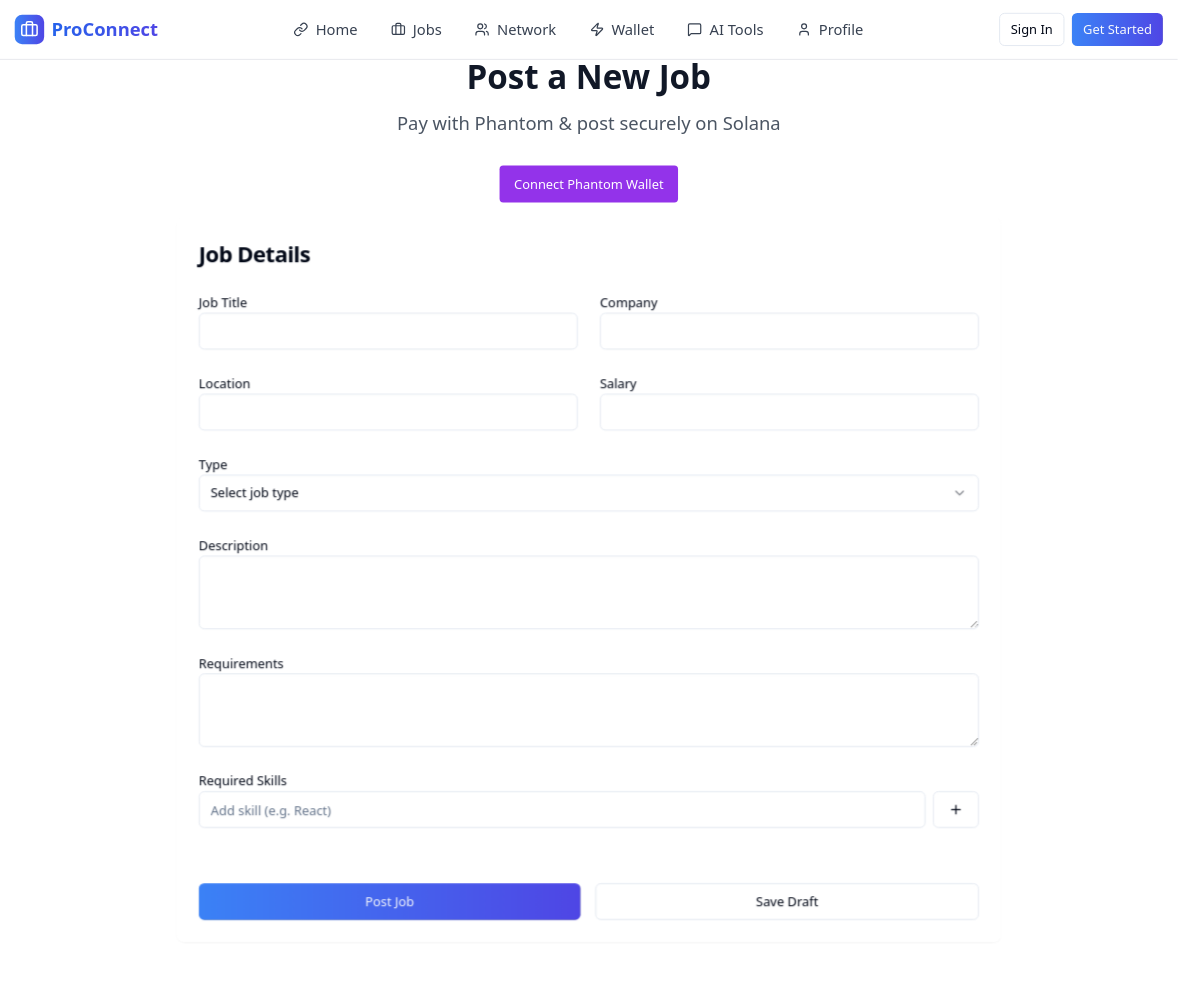
Repository: anjalikumari2207/connect-career-future
Page: /post-job (app in client/)
The author's editor kept a copy of each file at every save. The page is drawn from the files as they stood at one save, then again after the next save.
The browser window is 1280 px wide. The pictures show the whole page, at 92% of full size.
The project was rebuilt for these pictures with package versions that can differ from the ones it lists, and the page was loaded fresh each time. Also part of the build but not shown: client/vite.config.ts, client/src/components/ui/tooltip.tsx, client/src/pages/NotFound.tsx, client/src/pages/AuthPage.tsx, client/src/pages/ProfilePage.tsx, client/src/components/ui/badge.tsx, client/src/components/ui/avatar.tsx, client/src/api/job.ts and 5 more.

Above is the page before, as saved 2025-07-08 23:27:41.

### client/index.html

<!DOCTYPE html>
<html lang="en">
  <head>
    <meta charset="UTF-8" />
    <meta name="viewport" content="width=device-width, initial-scale=1.0" />
    <title>ProConnect - Professional Networking & Job Platform</title>
    <meta name="description" content="AI-powered professional networking and job platform with blockchain payments. Connect, discover opportunities, and grow your career." />
    <meta name="author" content="ProConnect" />

    <meta property="og:title" content="ProConnect - Professional Networking & Job Platform" />
    <meta property="og:description" content="AI-powered professional networking and job platform with blockchain payments. Connect, discover opportunities, and grow your career." />
    <meta property="og:type" content="website" />
    <meta property="og:image" content="https://lovable.dev/opengraph-image-p98pqg.png" />

    <meta name="twitter:card" content="summary_large_image" />
    <meta name="twitter:site" content="@proconnect_dev" />
    <meta name="twitter:image" content="https://lovable.dev/opengraph-image-p98pqg.png" />
  </head>

  <body>
    <div id="root"></div>
    <script type="module" src="/src/main.tsx"></script>
  </body>
</html>

### client/src/components/ui/toaster.tsx
import { useToast } from "@/hooks/use-toast"
import {
  Toast,
  ToastClose,
  ToastDescription,
  ToastProvider,
  ToastTitle,
  ToastViewport,
} from "@/components/ui/toast"

export function Toaster() {
  const { toasts } = useToast()

  return (
    <ToastProvider>
      {toasts.map(function ({ id, title, description, action, ...props }) {
        return (
          <Toast key={id} {...props}>
            <div className="grid gap-1">
              {title && <ToastTitle>{title}</ToastTitle>}
              {description && (
                <ToastDescription>{description}</ToastDescription>
              )}
            </div>
            {action}
            <ToastClose />
          </Toast>
        )
      })}
      <ToastViewport />
    </ToastProvider>
  )
}

### client/src/components/ui/sonner.tsx
import { useTheme } from "next-themes"
import { Toaster as Sonner, toast } from "sonner"

type ToasterProps = React.ComponentProps<typeof Sonner>

const Toaster = ({ ...props }: ToasterProps) => {
  const { theme = "system" } = useTheme()

  return (
    <Sonner
      theme={theme as ToasterProps["theme"]}
      className="toaster group"
      toastOptions={{
        classNames: {
          toast:
            "group toast group-[.toaster]:bg-background group-[.toaster]:text-foreground group-[.toaster]:border-border group-[.toaster]:shadow-lg",
          description: "group-[.toast]:text-muted-foreground",
          actionButton:
            "group-[.toast]:bg-primary group-[.toast]:text-primary-foreground",
          cancelButton:
            "group-[.toast]:bg-muted group-[.toast]:text-muted-foreground",
        },
      }}
      {...props}
    />
  )
}

export { Toaster, toast }

### client/src/pages/PostJob.tsx
import { useState } from "react";
import { Card, CardContent, CardHeader, CardTitle } from "@/components/ui/card";
import { Button } from "@/components/ui/button";
import { Input } from "@/components/ui/input";
import { Textarea } from "@/components/ui/textarea";
import { Label } from "@/components/ui/label";
import {
  Select,
  SelectContent,
  SelectItem,
  SelectTrigger,
  SelectValue,
} from "@/components/ui/select";
import { Badge } from "@/components/ui/badge";
import { X, Plus } from "lucide-react";
import { useToast } from "@/hooks/use-toast";
import { useSolanaWallet } from "@/hooks/useSolanaWallet";
import axios from "@/api/axios";
import {
  Connection,
  PublicKey,
  Transaction,
  SystemProgram,
  clusterApiUrl,
} from "@solana/web3.js";

const ADMIN_WALLET = "2FZezEYxMZ7SyVHeqv93KN4QbpWLhzEab7EZf5czqLVx"; // 🪙 Replace with your actual Solana wallet
const SOLANA_NETWORK = "devnet"; // 🌐 using Devnet

const PostJob = () => {
  const [jobData, setJobData] = useState({
    title: "",
    company: "",
    location: "",
    salary: "",
    type: "",
    description: "",
    requirements: "",
  });
  const [skills, setSkills] = useState<string[]>([]);
  const [newSkill, setNewSkill] = useState("");
  const [txSignature, setTxSignature] = useState("");
  const { toast } = useToast();
  const { walletAddress, isConnected, connectWallet } = useSolanaWallet();

  const handleInputChange = (field: string, value: string) => {
    setJobData(prev => ({ ...prev, [field]: value }));
  };

  const addSkill = () => {
    if (newSkill.trim() && !skills.includes(newSkill.trim())) {
      setSkills([...skills, newSkill.trim()]);
      setNewSkill("");
    }
  };

  const removeSkill = (skillToRemove: string) => {
    setSkills(skills.filter(skill => skill !== skillToRemove));
  };

  const handleSubmit = async (e: React.FormEvent) => {
    e.preventDefault();

    if (!isConnected || !walletAddress) {
      toast({
        title: "Wallet Not Connected",
        description: "Please connect your wallet before posting.",
        variant: "destructive",
      });
      return;
    }

    try {
      const connection = new Connection(clusterApiUrl(SOLANA_NETWORK), "confirmed");
      const recipient = new PublicKey(ADMIN_WALLET);
      const sender = new PublicKey(walletAddress);

      const transaction = new Transaction().add(
        SystemProgram.transfer({
          fromPubkey: sender,
          toPubkey: recipient,
          lamports: 0.01 * 1e9, // 🔁 0.01 SOL
        })
      );

      const { solana } = window as any;
      const { signature } = await solana.signAndSendTransaction(transaction);

      await connection.confirmTransaction(signature);
      setTxSignature(signature);

      toast({
        title: "✅ Payment Successful",
        description: (
          <a
            href={`https://explorer.solana.com/tx/${signature}?cluster=devnet`}
            target="_blank"
            rel="noopener noreferrer"
            className="underline text-blue-600"
          >
            View on Solana Explorer
          </a>
        ),
      });

      const payload = {
        ...jobData,
        skills,
        txHash: signature,
      };

      await axios.post("/jobs", payload);

      toast({
        title: "🎉 Job Posted!",
        description: "Your job is now live on the platform.",
      });

      setJobData({
        title: "",
        company: "",
        location: "",
        salary: "",
        type: "",
        description: "",
        requirements: "",
      });
      setSkills([]);
    } catch (err: any) {
      console.error("❌ Transaction/Post Error:", err);
      toast({
        title: "Error",
        description: err.message || "Payment or posting failed.",
        variant: "destructive",
      });
    }
  };

  return (
    <div className="py-16 px-4">
      <div className="max-w-4xl mx-auto">
        <div className="text-center mb-8">
          <h2 className="text-4xl font-bold text-gray-900 mb-4">Post a New Job</h2>
          <p className="text-xl text-gray-600">Pay with Phantom & post securely on Solana</p>
        </div>

        {!isConnected && (
          <div className="mb-4 text-center">
            <Button
              onClick={connectWallet}
              className="bg-purple-600 text-white px-4 py-2 rounded hover:bg-purple-700"
            >
              Connect Phantom Wallet
            </Button>
          </div>
        )}

        {isConnected && walletAddress && (
          <p className="text-center mb-4 text-sm text-gray-600">
            Connected: <span className="font-mono">{walletAddress.slice(0, 6)}...{walletAddress.slice(-4)}</span>
          </p>
        )}

        {txSignature && (
          <div className="mb-6 text-center text-sm">
            <p className="text-gray-700">Transaction Hash:</p>
            <a
              href={`https://explorer.solana.com/tx/${txSignature}?cluster=devnet`}
              target="_blank"
              rel="noopener noreferrer"
              className="text-blue-600 underline break-all"
            >
              {txSignature}
            </a>
          </div>
        )}

        <Card className="border-0 bg-white/80 backdrop-blur-sm">
          <CardHeader>
            <CardTitle className="text-2xl">Job Details</CardTitle>
          </CardHeader>
          <CardContent>
            <form onSubmit={handleSubmit} className="space-y-6">
              {/* Job Fields */}
              <div className="grid md:grid-cols-2 gap-6">
                <div>
                  <Label htmlFor="title">Job Title</Label>
                  <Input id="title" value={jobData.title} onChange={(e) => handleInputChange("title", e.target.value)} required />
                </div>
                <div>
                  <Label htmlFor="company">Company</Label>
                  <Input id="company" value={jobData.company} onChange={(e) => handleInputChange("company", e.target.value)} required />
                </div>
              </div>

              <div className="grid md:grid-cols-2 gap-6">
                <div>
                  <Label htmlFor="location">Location</Label>
                  <Input id="location" value={jobData.location} onChange={(e) => handleInputChange("location", e.target.value)} required />
                </div>
                <div>
                  <Label htmlFor="salary">Salary</Label>
                  <Input id="salary" value={jobData.salary} onChange={(e) => handleInputChange("salary", e.target.value)} required />
                </div>
              </div>

              <div>
                <Label htmlFor="type">Type</Label>
                <Select value={jobData.type} onValueChange={(value) => handleInputChange("type", value)}>
                  <SelectTrigger>
                    <SelectValue placeholder="Select job type" />
                  </SelectTrigger>
                  <SelectContent>
                    <SelectItem value="full-time">Full-time</SelectItem>
                    <SelectItem value="part-time">Part-time</SelectItem>
                    <SelectItem value="contract">Contract</SelectItem>
                    <SelectItem value="freelance">Freelance</SelectItem>
                    <SelectItem value="internship">Internship</SelectItem>
                  </SelectContent>
                </Select>
              </div>

              <div>
                <Label htmlFor="description">Description</Label>
                <Textarea id="description" value={jobData.description} onChange={(e) => handleInputChange("description", e.target.value)} required />
              </div>

              <div>
                <Label htmlFor="requirements">Requirements</Label>
                <Textarea id="requirements" value={jobData.requirements} onChange={(e) => handleInputChange("requirements", e.target.value)} required />
              </div>

              <div>
                <Label>Required Skills</Label>
                <div className="flex gap-2 mb-3">
                  <Input
                    value={newSkill}
                    onChange={(e) => setNewSkill(e.target.value)}
                    placeholder="Add skill (e.g. React)"
                    onKeyPress={(e) => e.key === "Enter" && (e.preventDefault(), addSkill())}
                  />
                  <Button type="button" onClick={addSkill} variant="outline">
                    <Plus className="w-4 h-4" />
                  </Button>
                </div>
                <div className="flex flex-wrap gap-2">
                  {skills.map((skill) => (
                    <Badge key={skill} variant="secondary" className="flex items-center gap-1">
                      {skill}
                      <X className="w-3 h-3 cursor-pointer" onClick={() => removeSkill(skill)} />
                    </Badge>
                  ))}
                </div>
              </div>

              <div className="flex gap-4 pt-6">
                <Button
                  type="submit"
                  className="flex-1 bg-gradient-to-r from-blue-500 to-indigo-600 hover:from-blue-600 hover:to-indigo-700"
                >
                  Post Job
                </Button>
                <Button type="button" variant="outline" className="flex-1">
                  Save Draft
                </Button>
              </div>
            </form>
          </CardContent>
        </Card>
      </div>
    </div>
  );
};

export default PostJob;

### client/src/api/axios.ts
// src/api/axios.ts
import axios from "axios";

const instance = axios.create({
  baseURL: "http://localhost:5000/api",
});

instance.interceptors.request.use((config) => {
  const token = localStorage.getItem("token");
  if (token) {
    config.headers.Authorization = token;
  }
  return config;
});

export default instance;

### client/src/components/ui/input.tsx
import * as React from "react"

import { cn } from "@/lib/utils"

const Input = React.forwardRef<HTMLInputElement, React.ComponentProps<"input">>(
  ({ className, type, ...props }, ref) => {
    return (
      <input
        type={type}
        className={cn(
          "flex h-10 w-full rounded-md border border-input bg-background px-3 py-2 text-base ring-offset-background file:border-0 file:bg-transparent file:text-sm file:font-medium file:text-foreground placeholder:text-muted-foreground focus-visible:outline-none focus-visible:ring-2 focus-visible:ring-ring focus-visible:ring-offset-2 disabled:cursor-not-allowed disabled:opacity-50 md:text-sm",
          className
        )}
        ref={ref}
        {...props}
      />
    )
  }
)
Input.displayName = "Input"

export { Input }

### client/src/components/ui/textarea.tsx
import * as React from "react"

import { cn } from "@/lib/utils"

export interface TextareaProps
  extends React.TextareaHTMLAttributes<HTMLTextAreaElement> {}

const Textarea = React.forwardRef<HTMLTextAreaElement, TextareaProps>(
  ({ className, ...props }, ref) => {
    return (
      <textarea
        className={cn(
          "flex min-h-[80px] w-full rounded-md border border-input bg-background px-3 py-2 text-sm ring-offset-background placeholder:text-muted-foreground focus-visible:outline-none focus-visible:ring-2 focus-visible:ring-ring focus-visible:ring-offset-2 disabled:cursor-not-allowed disabled:opacity-50",
          className
        )}
        ref={ref}
        {...props}
      />
    )
  }
)
Textarea.displayName = "Textarea"

export { Textarea }

### client/src/components/ui/label.tsx
import * as React from "react"
import * as LabelPrimitive from "@radix-ui/react-label"
import { cva, type VariantProps } from "class-variance-authority"

import { cn } from "@/lib/utils"

const labelVariants = cva(
  "text-sm font-medium leading-none peer-disabled:cursor-not-allowed peer-disabled:opacity-70"
)

const Label = React.forwardRef<
  React.ElementRef<typeof LabelPrimitive.Root>,
  React.ComponentPropsWithoutRef<typeof LabelPrimitive.Root> &
    VariantProps<typeof labelVariants>
>(({ className, ...props }, ref) => (
  <LabelPrimitive.Root
    ref={ref}
    className={cn(labelVariants(), className)}
    {...props}
  />
))
Label.displayName = LabelPrimitive.Root.displayName

export { Label }

### client/src/hooks/useSolanaWallet.ts
import { useEffect, useState } from "react";
import { PublicKey } from "@solana/web3.js";

declare global {
  interface Window {
    solana?: any;
  }
}

export function useSolanaWallet() {
  const [walletAddress, setWalletAddress] = useState<string | null>(null);

  useEffect(() => {
    const checkIfWalletIsConnected = async () => {
      try {
        const { solana } = window;
        if (solana?.isPhantom) {
          const res = await solana.connect({ onlyIfTrusted: true });
          setWalletAddress(res.publicKey.toString());
        }
      } catch (err) {
        console.error("Phantom wallet not connected", err);
      }
    };

    checkIfWalletIsConnected();
  }, []);

  const connectWallet = async () => {
    try {
      const { solana } = window;
      if (!solana) throw new Error("Phantom wallet not found!");
      const res = await solana.connect();
      setWalletAddress(res.publicKey.toString());
    } catch (err) {
      console.error("Wallet connection failed", err);
    }
  };

  return { walletAddress, connectWallet, isConnected: !!walletAddress };
}

Loaded but not shown: client/src/main.tsx (common file); client/src/index.css (common file); client/src/hooks/use-toast.ts (common file); client/src/lib/utils.ts (common file); client/tailwind.config.ts (common file); client/src/components/ui/select.tsx (158 lines, source omitted); client/src/components/ui/toast.tsx (127 lines, source omitted); client/src/components/Navigation.tsx (67 lines, source omitted); client/src/components/ui/button.tsx (56 lines, source omitted); client/src/components/ui/card.tsx (79 lines, source omitted); client/src/App.tsx (47 lines, source omitted); client/src/hooks/useWallet.ts (46 lines, source omitted)

After the next save:
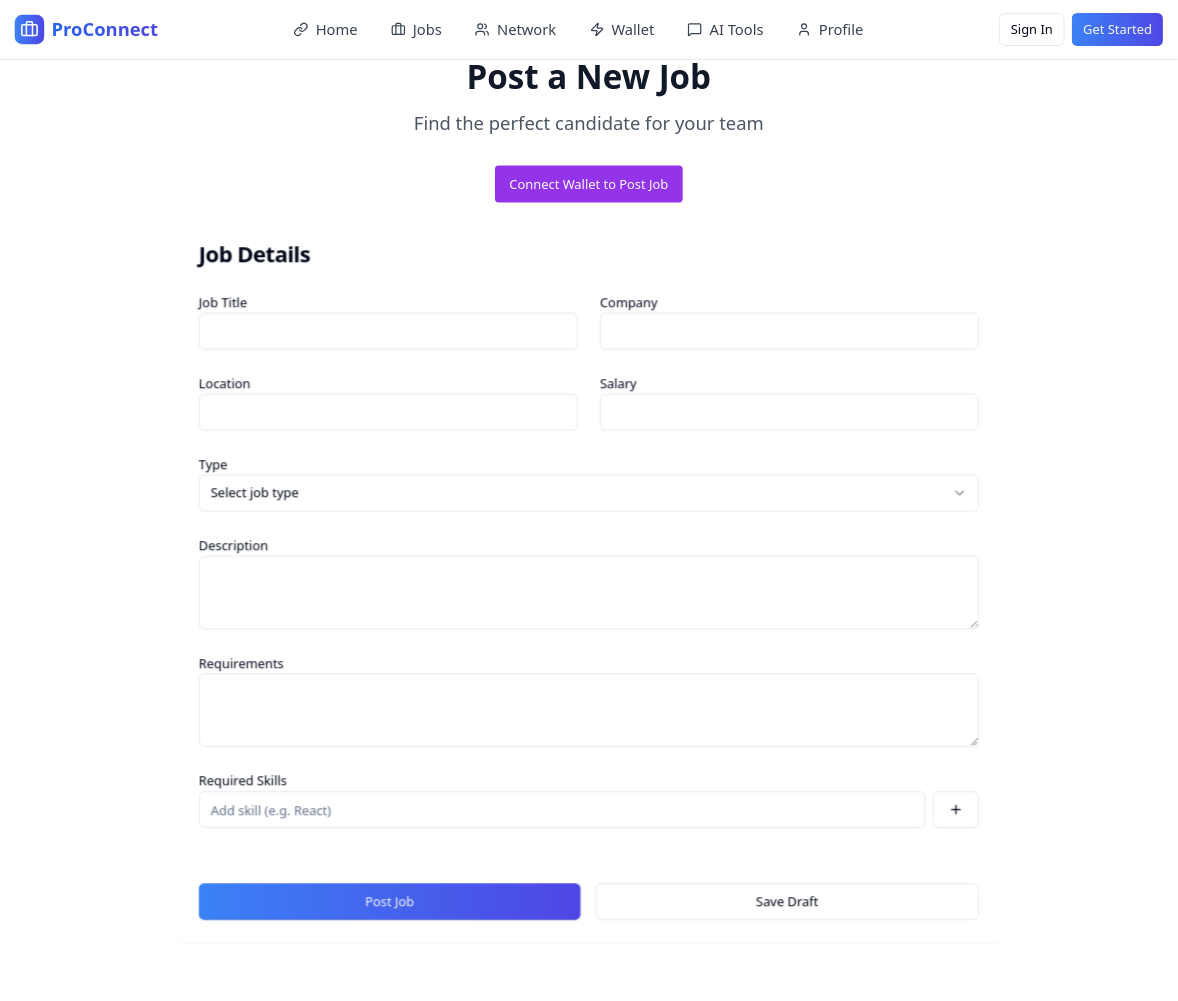
Saved 31 min 58 s later.
--- a/client/src/pages/PostJob.tsx
+++ b/client/src/pages/PostJob.tsx
@@ -14,18 +14,17 @@ import {
 import { Badge } from "@/components/ui/badge";
 import { X, Plus } from "lucide-react";
 import { useToast } from "@/hooks/use-toast";
-import { useSolanaWallet } from "@/hooks/useSolanaWallet";
+import { useWallet } from "@/hooks/useWallet";
 import axios from "@/api/axios";
 import {
   Connection,
   PublicKey,
+  clusterApiUrl,
   Transaction,
   SystemProgram,
-  clusterApiUrl,
 } from "@solana/web3.js";
 
-const ADMIN_WALLET = "2FZezEYxMZ7SyVHeqv93KN4QbpWLhzEab7EZf5czqLVx"; // 🪙 Replace with your actual Solana wallet
-const SOLANA_NETWORK = "devnet"; // 🌐 using Devnet
+const ADMIN_WALLET = "12c9CS6jPkKTGhAb1Wi7DQsnpJn9PX2uu54n1EgwzPvV";
 
 const PostJob = () => {
   const [jobData, setJobData] = useState({
@@ -39,12 +38,12 @@ const PostJob = () => {
   });
   const [skills, setSkills] = useState<string[]>([]);
   const [newSkill, setNewSkill] = useState("");
-  const [txSignature, setTxSignature] = useState("");
+  const [txHash, setTxHash] = useState("");
   const { toast } = useToast();
-  const { walletAddress, isConnected, connectWallet } = useSolanaWallet();
+  const { walletAddress, isConnected, connectWallet } = useWallet();
 
   const handleInputChange = (field: string, value: string) => {
-    setJobData(prev => ({ ...prev, [field]: value }));
+    setJobData((prev) => ({ ...prev, [field]: value }));
   };
 
   const addSkill = () => {
@@ -55,7 +54,7 @@ const PostJob = () => {
   };
 
   const removeSkill = (skillToRemove: string) => {
-    setSkills(skills.filter(skill => skill !== skillToRemove));
+    setSkills(skills.filter((skill) => skill !== skillToRemove));
   };
 
   const handleSubmit = async (e: React.FormEvent) => {
@@ -71,23 +70,22 @@ const PostJob = () => {
     }
 
     try {
-      const connection = new Connection(clusterApiUrl(SOLANA_NETWORK), "confirmed");
-      const recipient = new PublicKey(ADMIN_WALLET);
-      const sender = new PublicKey(walletAddress);
+      const connection = new Connection(clusterApiUrl("devnet"), "confirmed");
+      const toPubkey = new PublicKey(ADMIN_WALLET);
+      const fromPubkey = new PublicKey(walletAddress);
 
       const transaction = new Transaction().add(
         SystemProgram.transfer({
-          fromPubkey: sender,
-          toPubkey: recipient,
-          lamports: 0.01 * 1e9, // 🔁 0.01 SOL
+          fromPubkey,
+          toPubkey,
+          lamports: 0.01 * 1e9, // 0.01 SOL
         })
       );
 
-      const { solana } = window as any;
-      const { signature } = await solana.signAndSendTransaction(transaction);
-
+      const { signature } = await (window as any).phantom.solana.signAndSendTransaction(transaction);
       await connection.confirmTransaction(signature);
-      setTxSignature(signature);
+
+      setTxHash(signature);
 
       toast({
         title: "✅ Payment Successful",
@@ -96,9 +94,9 @@ const PostJob = () => {
             href={`https://explorer.solana.com/tx/${signature}?cluster=devnet`}
             target="_blank"
             rel="noopener noreferrer"
-            className="underline text-blue-600"
+            className="underline text-blue-500"
           >
-            View on Solana Explorer
+            View Transaction on Solana Explorer
           </a>
         ),
       });
@@ -127,10 +125,11 @@ const PostJob = () => {
       });
       setSkills([]);
     } catch (err: any) {
-      console.error("❌ Transaction/Post Error:", err);
+      console.error("❌ Transaction or Posting Error:", err);
       toast({
         title: "Error",
-        description: err.message || "Payment or posting failed.",
+        description:
+          err?.info?.error?.message || err?.message || "Payment or posting failed.",
         variant: "destructive",
       });
     }
@@ -141,7 +140,7 @@ const PostJob = () => {
       <div className="max-w-4xl mx-auto">
         <div className="text-center mb-8">
           <h2 className="text-4xl font-bold text-gray-900 mb-4">Post a New Job</h2>
-          <p className="text-xl text-gray-600">Pay with Phantom & post securely on Solana</p>
+          <p className="text-xl text-gray-600">Find the perfect candidate for your team</p>
         </div>
 
         {!isConnected && (
@@ -150,7 +149,7 @@ const PostJob = () => {
               onClick={connectWallet}
               className="bg-purple-600 text-white px-4 py-2 rounded hover:bg-purple-700"
             >
-              Connect Phantom Wallet
+              Connect Wallet to Post Job
             </Button>
           </div>
         )}
@@ -161,16 +160,16 @@ const PostJob = () => {
           </p>
         )}
 
-        {txSignature && (
+        {txHash && (
           <div className="mb-6 text-center text-sm">
-            <p className="text-gray-700">Transaction Hash:</p>
+            <p className="text-gray-700">Tx Hash:</p>
             <a
-              href={`https://explorer.solana.com/tx/${txSignature}?cluster=devnet`}
+              href={`https://explorer.solana.com/tx/${txHash}?cluster=devnet`}
               target="_blank"
               rel="noopener noreferrer"
               className="text-blue-600 underline break-all"
             >
-              {txSignature}
+              {txHash}
             </a>
           </div>
         )}
@@ -181,7 +180,6 @@ const PostJob = () => {
           </CardHeader>
           <CardContent>
             <form onSubmit={handleSubmit} className="space-y-6">
-              {/* Job Fields */}
               <div className="grid md:grid-cols-2 gap-6">
                 <div>
                   <Label htmlFor="title">Job Title</Label>
@@ -254,10 +252,7 @@ const PostJob = () => {
               </div>
 
               <div className="flex gap-4 pt-6">
-                <Button
-                  type="submit"
-                  className="flex-1 bg-gradient-to-r from-blue-500 to-indigo-600 hover:from-blue-600 hover:to-indigo-700"
-                >
+                <Button type="submit" className="flex-1 bg-gradient-to-r from-blue-500 to-indigo-600 hover:from-blue-600 hover:to-indigo-700">
                   Post Job
                 </Button>
                 <Button type="button" variant="outline" className="flex-1">
